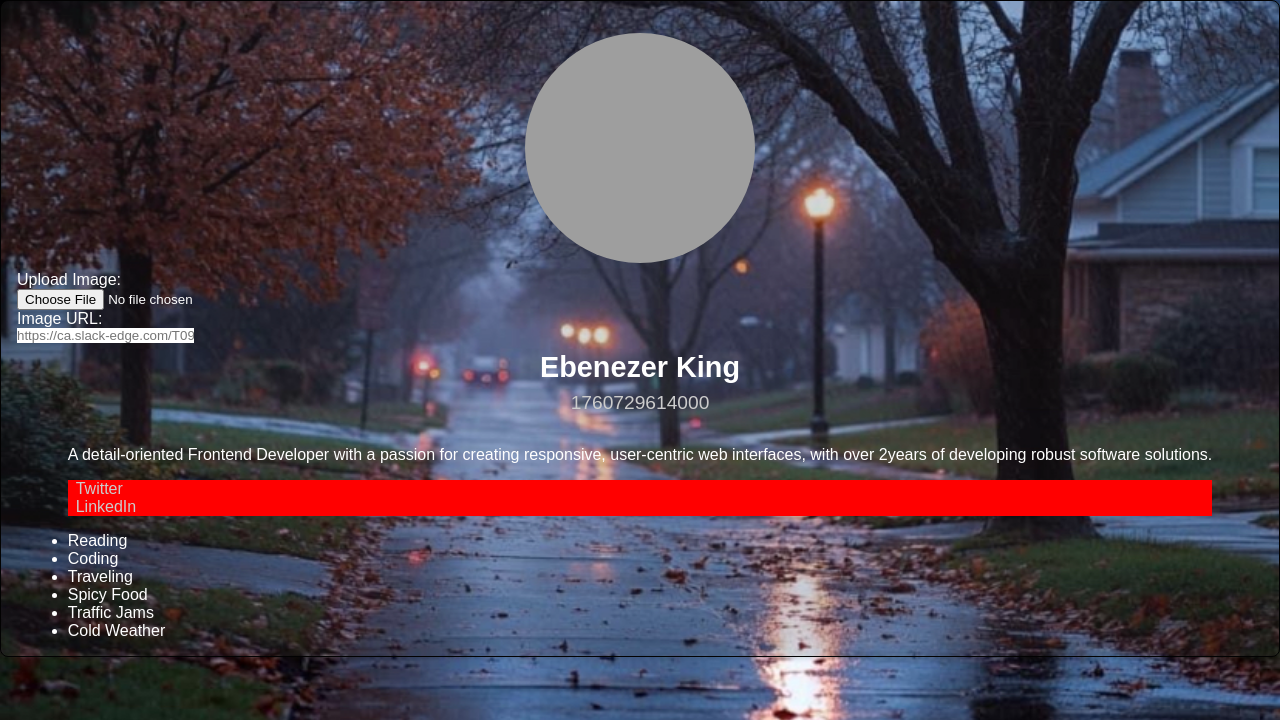
Repository: ebenezertiewei/profileCard
Page: index.html
These files come from the project's save history. The page is drawn as it stood at one moment and after the next save; the edit follows.
The browser window is 1280 px wide. The pictures show the whole page.
Pictures or frames that could not be fetched are drawn as grey boxes.

Above is the page before, as saved 2025-10-17 20:46:54.

### index.html
<!DOCTYPE html>
<html lang="en">
	<head>
		<meta charset="UTF-8" />
		<meta name="viewport" content="width=device-width, initial-scale=1.0" />
		<title>Profile Card</title>
		<link rel="stylesheet" href="style.css" />
	</head>
	<body>
		<!--------------------------------- PROFILE CARD CONTAINER ---------------------------->
		<article data-testid="test-profile-card">
			<!---------------------------------- PROFILE HEADER ---------------------------->
			<section id="profileHeader">
				<figure>
					<img
						src="https://ca.slack-edge.com/T09AMR8A9C3-U09L73CQQ2K-7e805defcf15-512"
						alt="Profile Avatar"
						data-testid="test-user-avatar"
						id="profileAvatar"
					/>
					<!-- <figcaption>Ebenezer King</figcaption> -->
				</figure>
				<section class="imageUploadMethods">
					<!-- image upload -->
					<label for="avatarUpload">Upload Image:</label>
					<input type="file" id="avatarUpload" accept="image/*" />
					<!-- image url -->
					<label for="avatarUrl">Image URL:</label>
					<input
						type="url"
						id="avatarUrl"
						placeholder="https://ca.slack-edge.com/T09AMR8A9C3-U09L73CQQ2K-7e805defcf15-512"
					/>
				</section>
				<h2 data-testid="test-user-name">Ebenezer King</h2>
				<!----------- current time----------->
				<p data-testid="test-user-time"></p>
			</section>
			<!---------------------------------- PROFILE DETAILS ---------------------------->
			<section id="profileDetails">
				<p data-testid="test-user-bio">
					A detail-oriented Frontend Developer with a passion for creating
					responsive, user-centric web interfaces, with over 2years of
					developing robust software solutions.
				</p>
				<!--------------------- social links ------------->
				<nav data-testid="test-user-social-links">
					<ul>
						<li>
							<a
								href="https://x.com/txch_king?s=11&t=o3w1r65yzU2hxbP-LDD1ug"
								target="_blank"
								rel="noopener noreferrer"
								data-testid="test-user-social-twitter"
							>
								Twitter
							</a>
						</li>
						<li>
							<a
								href="https://www.linkedin.com/in/ebenezer-t-093b21320/"
								target="_blank"
								rel="noopener noreferrer"
								data-testid="test-user-social-linkedin"
							>
								LinkedIn
							</a>
						</li>
					</ul>
				</nav>
				<!--------------------- hobbies ------------->
				<section data-testid="test-user-hobbies">
					<h2></h2>
					<ul>
						<li>Reading</li>
						<li>Coding</li>
						<li>Traveling</li>
					</ul>
				</section>
				<!--------------------- dislikes ------------->
				<section data-testid="test-user-dislikes">
					<ul>
						<li>Spicy Food</li>
						<li>Traffic Jams</li>
						<li>Cold Weather</li>
					</ul>
				</section>
			</section>
		</article>

		<!-- javascript link -->
		<script src="script.js"></script>
	</body>
</html>

### style.css
/* ---------------------------------------------------------------- */
/*--------------- Project body general style ---------------*/
html {
	width: 100dvw;
	font-family: Arial, sans-serif;
	font-size: 1rem;
	font-weight: 400;
}
body {
	background-color: #605a5a;
	background-image: url("./assets/states.jpg");
	background-size: cover;
	background-position: center;
	background-repeat: no-repeat;
	/* height: 100%; */
	width: 100%;
}
* {
	padding: 0;
	margin: 0;
	border: 0;
	box-sizing: border-box;
}

/*--------------------------MOBILE WORKFLOW---------------------*/
/*--------------profile card container -------------------*/
article[data-testid="test-profile-card"] {
	/* height: 100%; */
	width: 100%;
	padding: 1rem;
	background-color: rgba(61, 58, 58, 0.2);
	color: white;
	display: flex;
	flex-direction: column;
	align-items: center;
	border: 1px solid #020202;
	border-radius: 8px;
	box-shadow: 0 2px 4px rgba(0, 0, 0, 0.1);
}

/*-------------  PROFILE HEADER  -------------*/
#profileHeader {
	width: 100%;
	display: flex;
	flex-direction: column;
	padding: 1rem 0;
	/* background-color: orange; */
}
#profileHeader figure {
	display: flex;
	flex-direction: column;
	align-items: center;
	margin-bottom: 0.5rem;
}
/*------------- profile header image -------------*/
#profileHeader img {
	border-radius: 50%;
	width: 230px;
	height: 230px;
	object-fit: cover;
}
/* -------------imageUploadMethods------------ */
.imageUploadMethods {
	display: flex;
	flex-direction: column;
	align-items: start;
}
/*--------------profile name --------------*/
#profileHeader h2 {
	display: flex;
	justify-content: center;
	margin: 0.5rem 0;
	font-size: 1.8rem;
	font-weight: 600;
}
/*-------------- current time --------------*/
#profileHeader p[data-testid="test-user-time"] {
	display: flex;
	justify-content: center;
	/* margin: 0.3rem 0; */
	margin-bottom: 1rem;
	font-size: 1.2rem;
	color: #ccc;
}
/*--------------  PROFILE DETAILS  --------------*/
#profileDetails p[data-testid="test-user-bio"] {
	/* text-align: center; */
	margin-bottom: 1rem;
}
/* ------------------ social links --------------- */
#profileDetails nav[data-testid="test-user-social-links"] {
	display: flex;
	flex-direction: column;
	justify-content: center;
	margin-bottom: 1rem;
	background-color: red;
}
#profileDetails nav[data-testid="test-user-social-links"] ul {
	list-style: none;
}
#profileDetails nav[data-testid="test-user-social-links"] li {
	margin: 0 0.5rem;
}
#profileDetails nav[data-testid="test-user-social-links"] a {
	color: #ccc;
	text-decoration: none;
}
#profileDetails nav[data-testid="test-user-social-links"] a:hover {
	text-decoration: underline;
}

### script.js
// --------------------------------------------------------------------------
// ------------------- current time in milliseconds ----------
window.addEventListener("DOMContentLoaded", () => {
	const timeElement = document.querySelector('[data-testid="test-user-time"]');

	function updateTime() {
		const currentTime = Date.now();
		timeElement.textContent = currentTime;
	}

	updateTime();
	setInterval(updateTime, 1000);
});

// --------------------------------------------------------------------------
// ------------------- avatar image upload and image url upload ----------
window.addEventListener("DOMContentLoaded", () => {
	const avatarImg = document.getElementById("profileAvatar");
	const avatarImgUpload = document.getElementById("avatarUpload");
	const urlImgUpload = document.getElementById("avatarUrl");

	// Update avatar when a file is uploaded
	avatarImgUpload.addEventListener("change", (event) => {
		const file = event.target.files[0];
		if (file) {
			const imageUrl = URL.createObjectURL(file);
			avatarImg.src = imageUrl;

			// optional: revoke URL later to free memory
			avatarImg.onload = () => URL.revokeObjectURL(imageUrl);
		}
	});

	// Update avatar when a URL is entered
	urlImgUpload.addEventListener("input", () => {
		const url = urlImgUpload.value.trim();
		if (url) {
			avatarImg.src = url;
		}
	});
});

After the next save:
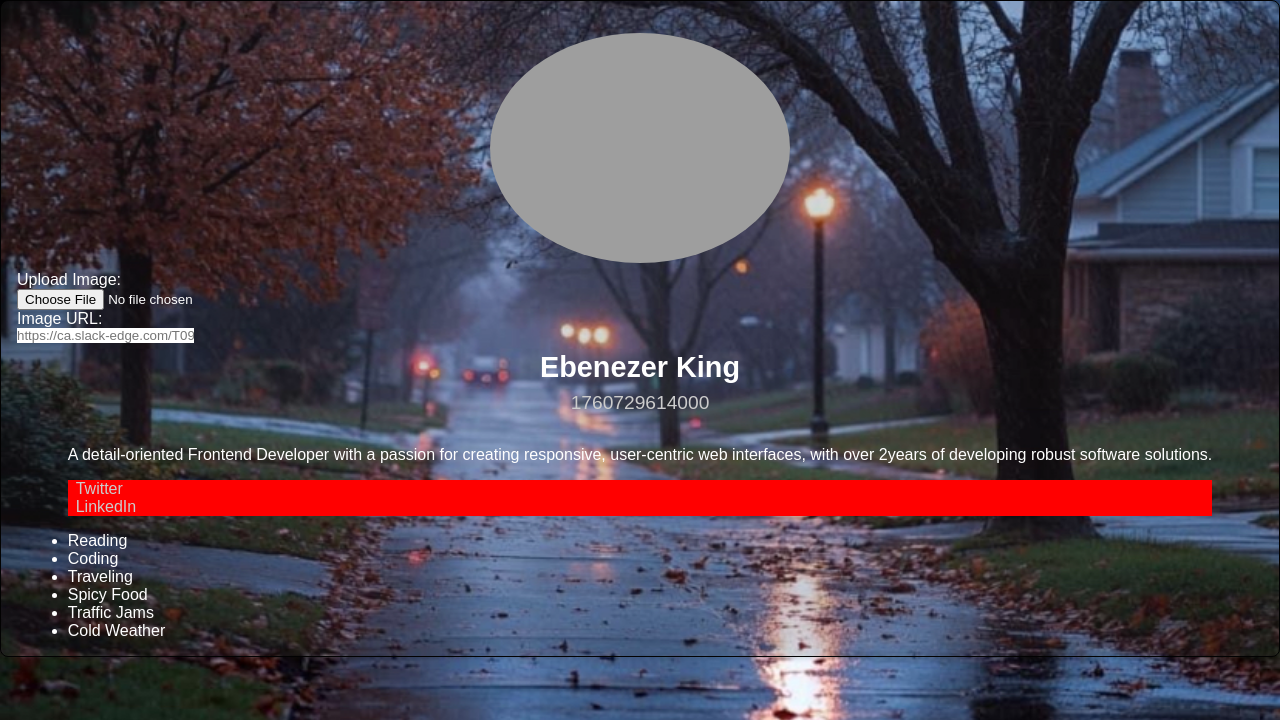
Saved 56 s later.
--- a/style.css
+++ b/style.css
@@ -55,7 +55,7 @@ article[data-testid="test-profile-card"] {
 /*------------- profile header image -------------*/
 #profileHeader img {
 	border-radius: 50%;
-	width: 230px;
+	width: 300px;
 	height: 230px;
 	object-fit: cover;
 }
